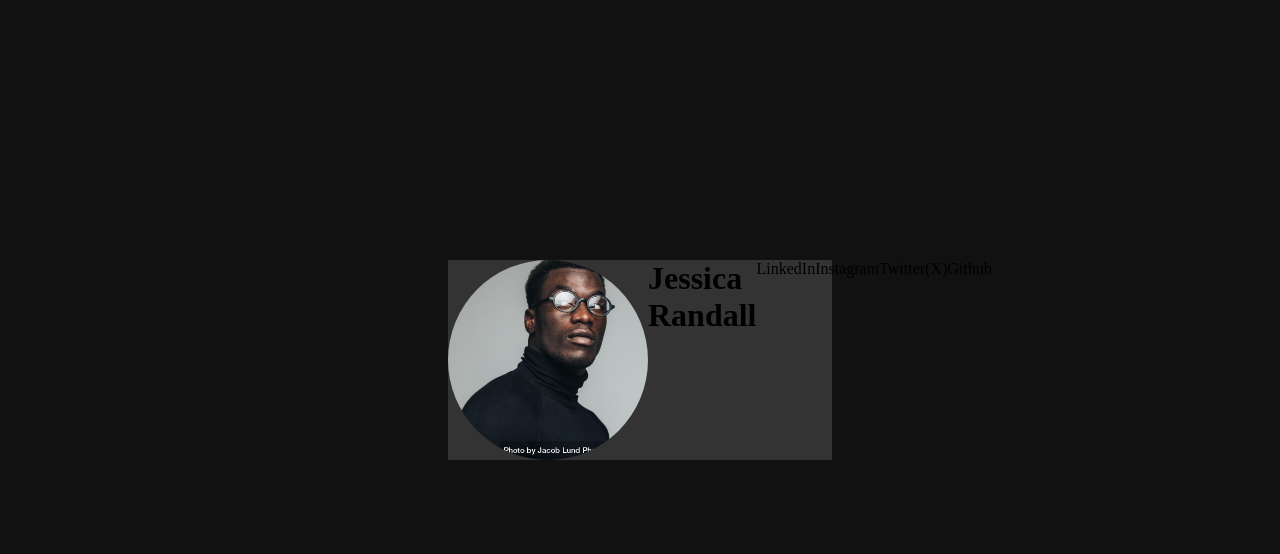
Repository: russel-success/Xcode-TASK-1
Page: index.html
An editor plug-in stored every save of this project. The page is shown before and after the next save, followed by the edit.
The browser window is 1280 px wide. The pictures show the whole page.

Above is the page before, as saved 2024-04-29 01:07:20.

After the next save:
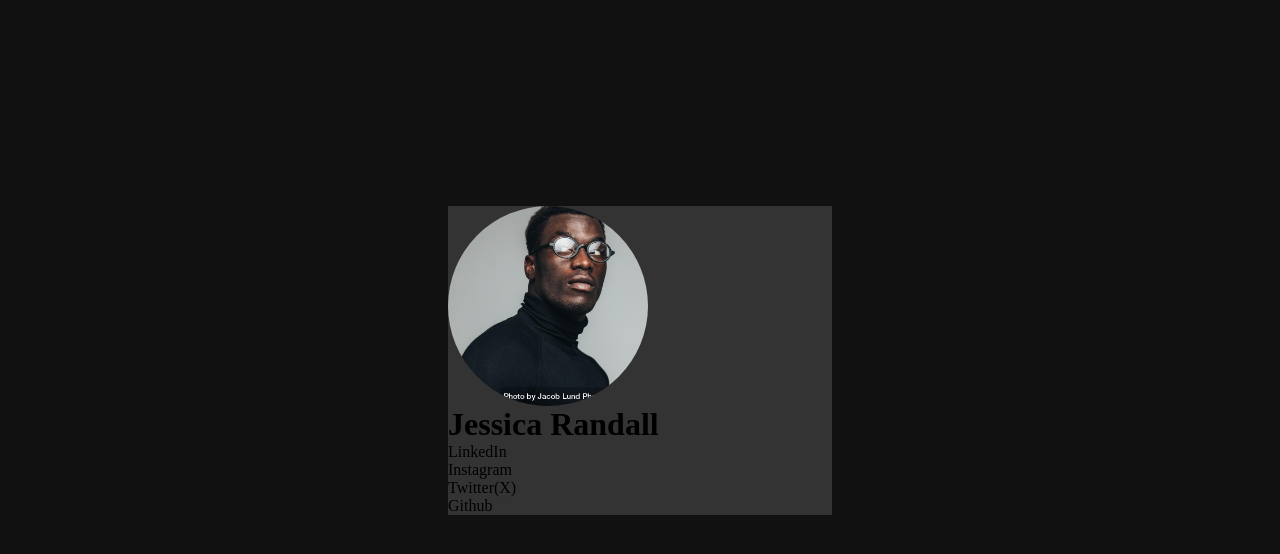
Saved 5 s later.
--- a/styles/styles.css
+++ b/styles/styles.css
@@ -16,7 +16,7 @@
     background-size: contain;
     box-sizing:border-box;
     display:flex;
-    flex
+    flex-direction: column;
 }
 
 .profile-image{
